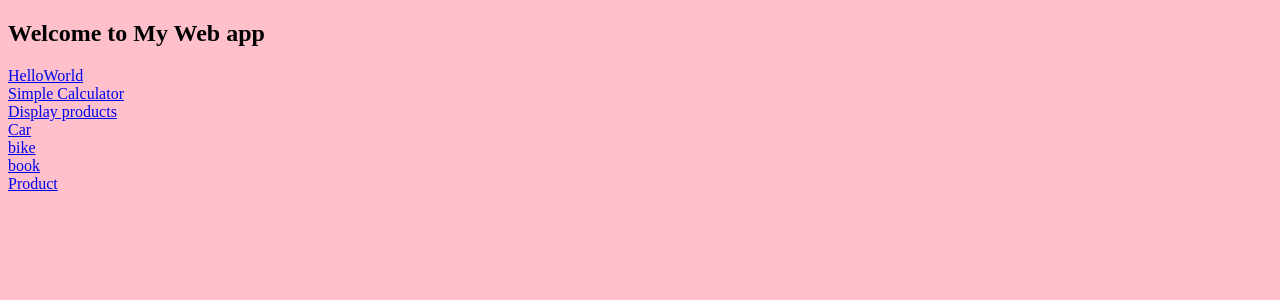
Repository: Sreenidhi5/visatraining
Page: mywebapp/src/main/webapp/index.html
An editor plug-in stored every save of this project. The page is shown before and after the next save, followed by the edit.
The browser window is 1280 px wide. The pictures show the whole page.

Above is the page before, as saved 2019-07-19 11:52:18.

After the next save:
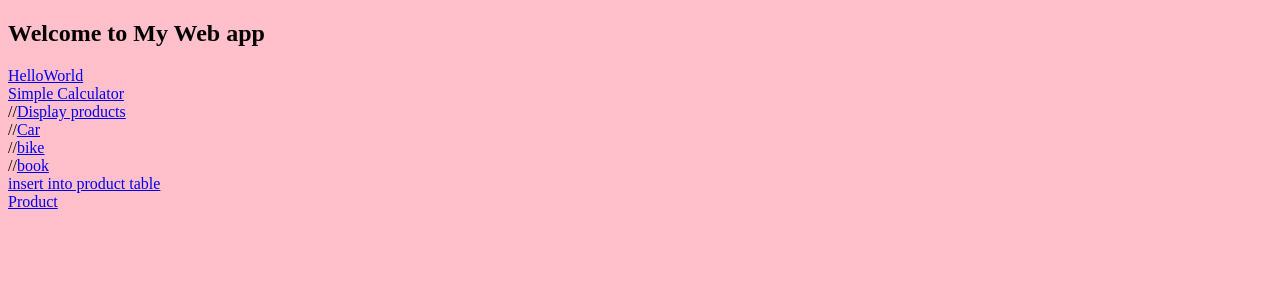
Saved 62 s later.
--- a/mywebapp/src/main/webapp/index.html
+++ b/mywebapp/src/main/webapp/index.html
@@ -9,10 +9,13 @@
 
 <a href = helloworld>HelloWorld</a><br>
 <a href = Calci.html>Simple Calculator</a><br>
-<a href = product.html>Display products</a><br>
-<a href = car.html>Car</a><br>
-<a href = bikes.html>bike</a><br>
-<a href = books.html>book</a><br>
+//<a href = product.html>Display products</a><br>
+//<a href = car.html>Car</a><br>
+//<a href = bikes.html>bike</a><br>
+//<a href = books.html>book</a><br>
+
+<a href = insert.html>insert into product table</a><br>
+
 <a href = Product.jsp>Product</a><br>
 
 
